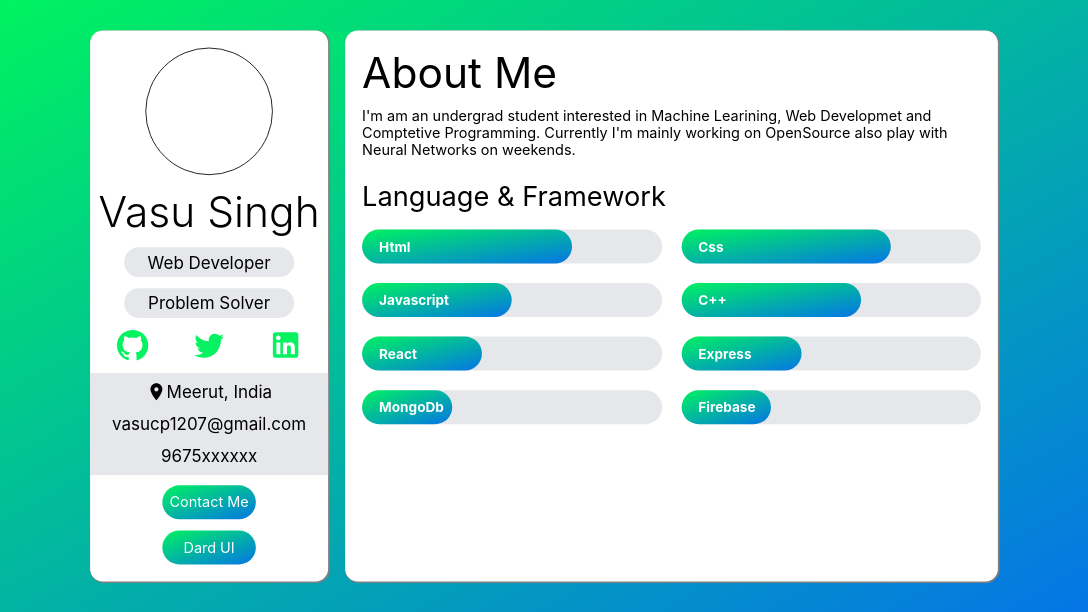
Repository: vasucp1207/grid-port
Page: /about
An editor plug-in stored every save of this project. The page is shown before and after a run of saves, followed by the edit.
The browser window is 1280 px wide. The pictures show the whole page, at 85% of full size.
Some web fonts or font styles are not loaded; a fallback is used. The project was rebuilt for these pictures with package versions that can differ from the ones it lists, and the page was loaded fresh each time. Also part of the build but not shown: src/pages/Home.js, src/components/Card.js, src/pages/Projects.js.

Above is the page before, as saved 2022-08-18 21:44:11.

### public/index.html
<!DOCTYPE html>
<html lang="en">
  <head>
    <meta charset="utf-8" />
    <link rel="icon" href="%PUBLIC_URL%/favicon.ico" />
    <meta name="viewport" content="width=device-width, initial-scale=1" />
    <meta name="theme-color" content="#000000" />
    <meta
      name="description"
      content="Web site created using create-react-app"
    />
    <link rel="apple-touch-icon" href="%PUBLIC_URL%/logo192.png" />
    <!--
      manifest.json provides metadata used when your web app is installed on a
      user's mobile device or desktop. See https://developers.google.com/web/fundamentals/web-app-manifest/
    -->
    <link rel="manifest" href="%PUBLIC_URL%/manifest.json" />
    <link rel="preconnect" href="https://fonts.googleapis.com">
<link rel="preconnect" href="https://fonts.gstatic.com" crossorigin>
<link href="https://fonts.googleapis.com/css2?family=Kantumruy+Pro:wght@200;300&family=Open+Sans:ital,wght@0,300;0,600;0,700;1,800&family=Poppins:wght@400;600&family=Raleway:wght@300&family=Roboto+Flex:opsz,wght@8..144,300;8..144,400;8..144,500&display=swap" rel="stylesheet">
    <!--
      Notice the use of %PUBLIC_URL% in the tags above.
      It will be replaced with the URL of the `public` folder during the build.
      Only files inside the `public` folder can be referenced from the HTML.

      Unlike "/favicon.ico" or "favicon.ico", "%PUBLIC_URL%/favicon.ico" will
      work correctly both with client-side routing and a non-root public URL.
      Learn how to configure a non-root public URL by running `npm run build`.
    -->
    <title>React App</title>
  </head>
  <body>
    <noscript>You need to enable JavaScript to run this app.</noscript>
    <div id="root"></div>
    <!--
      This HTML file is a template.
      If you open it directly in the browser, you will see an empty page.

      You can add webfonts, meta tags, or analytics to this file.
      The build step will place the bundled scripts into the <body> tag.

      To begin the development, run `npm start` or `yarn start`.
      To create a production bundle, use `npm run build` or `yarn build`.
    -->
  </body>
</html>

### src/index.css
body {
  margin: 0;
  font-family: -apple-system, BlinkMacSystemFont, 'Segoe UI', 'Roboto', 'Oxygen',
    'Ubuntu', 'Cantarell', 'Fira Sans', 'Droid Sans', 'Helvetica Neue',
    sans-serif;
  -webkit-font-smoothing: antialiased;
  -moz-osx-font-smoothing: grayscale;

  --gray: rgb(236, 102, 173);
  background-image: linear-gradient(to right bottom,#00f260,#0575e6);
}

::selection{
  background: rgb(71, 219, 219);
}

### src/App.js
import './App.css';
import { Link, Route, Routes } from 'react-router-dom';
import AboutMe from './pages/AboutMe';
import Home from './pages/Home';
import Projects from './pages/Projects';

function App() {
  return (
    <div>
      <Routes>
        <Route exact path="/" element={<Home />} />
        <Route exact path="/about" element={<AboutMe />} />
        <Route exact path="/projects" element={<Projects />} />
      </Routes>
    </div>
  );
}

export default App;

### src/App.css
:root {
  --d: 700ms;
  --e: cubic-bezier(0.19, 1, 0.22, 1);
  --font-sans: "Rubik", sans-serif;
  --font-serif: "Cardo", serif;
  font-family: Poppins;
}

* {
  box-sizing: border-box;
  padding: 0;
  margin: 0;
}

html, body {
  height: 100vh;
  width: 100vw;
}

body {
  display: grid;
  place-items: center;
}

.page-content {
  display: grid;
  width: 100vw;
  height: 100vh;
  margin: 0 auto;
}
@media (min-width: 600px) {
  .page-content {
    grid-template-columns: repeat(2, 1fr);
  }
}
@media (min-width: 800px) {
  .page-content {
    grid-template-columns: repeat(2, 1fr);
  }
}

.card {
  position: relative;
  display: flex;
  align-items: flex-end;
  overflow: hidden;
  padding: 1rem;
  width: 100%;
  text-align: center;
  color: whitesmoke;
  background-color: whitesmoke;
  box-shadow: 0 1px 1px rgba(0, 0, 0, 0.1), 0 2px 2px rgba(0, 0, 0, 0.1), 0 4px 4px rgba(0, 0, 0, 0.1), 0 8px 8px rgba(0, 0, 0, 0.1), 0 16px 16px rgba(0, 0, 0, 0.1);
}
@media (min-width: 600px) {
  .card {
    height: 100vh;
  }
}
.card:before {
  content: "";
  position: absolute;
  top: 0;
  left: 0;
  width: 100%;
  height: 110%;
  background-size: cover;
  background-position: 0 0;
  transition: transform calc(var(--d) * 1.5) var(--e);
  pointer-events: none;
}
.card:after {
  content: "";
  display: block;
  position: absolute;
  top: 0;
  left: 0;
  width: 100%;
  height: 200%;
  pointer-events: none;
  background-image: linear-gradient(to bottom, rgba(0, 0, 0, 0) 0%, rgba(0, 0, 0, 0.009) 11.7%, rgba(0, 0, 0, 0.034) 22.1%, rgba(0, 0, 0, 0.072) 31.2%, rgba(0, 0, 0, 0.123) 39.4%, rgba(0, 0, 0, 0.182) 46.6%, rgba(0, 0, 0, 0.249) 53.1%, rgba(0, 0, 0, 0.32) 58.9%, rgba(0, 0, 0, 0.394) 64.3%, rgba(0, 0, 0, 0.468) 69.3%, rgba(0, 0, 0, 0.54) 74.1%, rgba(0, 0, 0, 0.607) 78.8%, rgba(0, 0, 0, 0.668) 83.6%, rgba(0, 0, 0, 0.721) 88.7%, rgba(0, 0, 0, 0.762) 94.1%, rgba(0, 0, 0, 0.79) 100%);
  transform: translateY(-50%);
  transition: transform calc(var(--d) * 2) var(--e);
}
.card:nth-child(1):before {
  background-image: url(https://images.unsplash.com/photo-1493612276216-ee3925520721?ixlib=rb-1.2.1&ixid=MnwxMjA3fDB8MHxwaG90by1wYWdlfHx8fGVufDB8fHx8&auto=format&fit=crop&w=2864&q=80);
  /* background-color: #0575e6; */
}
.card:nth-child(2):before {
  background-image: url(https://images.unsplash.com/photo-1492551557933-34265f7af79e?ixlib=rb-1.2.1&ixid=MnwxMjA3fDB8MHxwaG90by1wYWdlfHx8fGVufDB8fHx8&auto=format&fit=crop&w=1740&q=80);
  /* background-color: #55eb91; */
}
.card:nth-child(3):before {
  background-image: url(https://images.unsplash.com/photo-1545243424-0ce743321e11?ixlib=rb-1.2.1&q=80&fm=jpg&crop=entropy&cs=tinysrgb&w=400&fit=max&ixid=eyJhcHBfaWQiOjE0NTg5fQ);
}
.card:nth-child(4):before {
  background-image: url(https://images.unsplash.com/photo-1531306728370-e2ebd9d7bb99?ixlib=rb-1.2.1&q=80&fm=jpg&crop=entropy&cs=tinysrgb&w=400&fit=max&ixid=eyJhcHBfaWQiOjE0NTg5fQ);
}

.content {
  position: relative;
  display: flex;
  flex-direction: column;
  align-items: center;
  width: 100%;
  padding: 1rem;
  transition: transform var(--d) var(--e);
  z-index: 1;
}
.content > * + * {
  margin-top: 1rem;
}

.title {
  font-size: 50px;
  font-weight: 400;
}

.copy {
  font-size: 30px;
}

.btn {
  cursor: pointer;
  margin-top: 1.5rem;
  padding: 0.75rem 1.5rem;
  font-size: 20px;
  letter-spacing: 0.025rem;
  text-transform: uppercase;
  color: white;
  background-color: black;
  border: none;
}
.btn:hover {
  background-color: white;
  color: black;
  transition: 0.3;
  border-radius: 7px;
}
.btn:focus {
  outline: 1px dashed yellow;
  outline-offset: 3px;
}

@media (hover: hover) and (min-width: 600px) {
  .card:after {
    transform: translateY(0);
  }

  .content {
    transform: translateY(calc(100% - 4.5rem));
  }
  .content > *:not(.title) {
    opacity: 0;
    transform: translateY(1rem);
    transition: transform var(--d) var(--e), opacity var(--d) var(--e);
  }

  .card:hover,
.card:focus-within {
    align-items: center;
  }
  .card:hover:before,
.card:focus-within:before {
    transform: translateY(-4%);
  }
  .card:hover:after,
.card:focus-within:after {
    transform: translateY(-50%);
  }
  .card:hover .content,
.card:focus-within .content {
    transform: translateY(0);
  }
  .card:hover .content > *:not(.title),
.card:focus-within .content > *:not(.title) {
    opacity: 1;
    transform: translateY(0);
    transition-delay: calc(var(--d) / 8);
  }

  .card:focus-within:before, .card:focus-within:after,
.card:focus-within .content,
.card:focus-within .content > *:not(.title) {
    transition-duration: 0s;
  }
}

### src/pages/AboutMe.js
import React from 'react'
import { motion } from 'framer-motion'
import styled from 'styled-components'
import Left from '../components/Left';
import Right from '../components/Right';

function AboutMe() {

    const pageVarients = {
        initial: {
            opacity: 0
        },
        in: {
            opacity: 1
        },
        out: {
            opacity: 0
        }
    }

    return (
        <motion.div
            initial='initial'
            animate='in'
            exit='out'
            variants={pageVarients}
            transition={{ delay: 0.5, type: 'spring' }}
        >

            <Container>
                <Comp>
                    <Left />
                    <Right />
                </Comp>

            </Container>
        </motion.div>
    )
}

export default AboutMe

const Container = styled.div`
    background: white;
`

const Comp = styled.div`
    display: flex;
    gap: 20px;
    background-image: linear-gradient(to right bottom,#00f260,#0575e6);

    @media (min-widht: 650px) {
        flex-direction: column;
    }
`

### src/components/Left.js
import React from 'react'
import { motion } from 'framer-motion'
import styled from 'styled-components'
import GitHubIcon from '@mui/icons-material/GitHub';
import TwitterIcon from '@mui/icons-material/Twitter';
import LinkedInIcon from '@mui/icons-material/LinkedIn';
import LocationOnIcon from '@mui/icons-material/LocationOn';

function Left() {
    return (
        <Contanier>
            <div class='avatar'></div>
            <h1 class='name'>Vasu Singh</h1>
            <div class='sim-btn'>Web Developer</div>
            <div class='sim-btn'>Problem Solver</div>
            <div class='icon-cont'>
                <GitHubIcon className='icons' />
                <TwitterIcon className='icons' />
                <LinkedInIcon className='icons' />
            </div>
            <div class='address'>
                <p class='city'><LocationOnIcon /> Meerut, India</p>
                <p>vasucp1207@gmail.com</p>
                <p>9675xxxxxx</p>
            </div>
            <div class='gb-btn'>Contact Me</div>
            <div class='gb-btn'>Dard UI</div>
        </Contanier>
    )
}

export default Left

const Contanier = styled.div`
    height: 90vh;
    width: 280px;
    box-shadow: 1px 1px 1px 1px gray;
    display: flex;
    justify-content: space-between;
    align-items: center;
    flex-direction: column;
    padding-bottom: 20px;
    background: white;
    border-radius: 15px;

    .avatar{
        margin-top: 20px;
        height: 150px;
        border: 1px solid black;
        width: 150px;
        border-radius: 50%;
    }

    .name{
        font-size: 50px;
        font-weight: 300;
    }

    .sim-btn{
        font-size: 20px;
        background: rgb(229,231,235);
        width: 200px;
        height: 35px;
        border-radius: 9999px;
        display: flex;
        justify-content: center;
        align-items: center;
    }

    .icon-cont{
        width: 280px;
        padding-left: 30px;
        padding-right: 30px;
        display: flex;
        justify-content: space-between;
        align-items: center;
    }

    .icons{
        height: 40px;
        width: 40px;
        color: #07f260;
        cursor: pointer;

        :hover{
            color: black;
        }
    }

    .address{
        background: rgb(229,231,235);;
        font-size: 20px;
        display: flex;
        flex-direction: column;
        align-items: center;
        justify-content: space-between;
        width: 280px;
        height: 120px;
        padding: 10px;
    }

    .gb-btn{
        width: 110px;
        border-radius: 9999px;
        background-image: linear-gradient(to right bottom,#00f260,#0575e6);
        color: white;
        font-size: 17px;
        height: 40px;
        display: flex;
        justify-content: center;
        align-items: center;
        cursor: pointer;
    }

    .city{
        display: flex;
        justify-content: center;
        align-items: center;
    }
`

### src/components/Right.js
import React from 'react'
import { motion } from 'framer-motion'
import styled from 'styled-components'
import GitHubIcon from '@mui/icons-material/GitHub';
import TwitterIcon from '@mui/icons-material/Twitter';
import LinkedInIcon from '@mui/icons-material/LinkedIn';
import LocationOnIcon from '@mui/icons-material/LocationOn';
import ProgressBar from '../components/ProgressBar';

function Right() {
    return (
        <Container>
            <h1 class='title'>About Me</h1>
            <p class='des'>I'm am an undergrad student interested in Machine Learining, Web Developmet and Comptetive Programming. Currently I'm mainly working on OpenSource also play with Neural Networks on weekends.</p>
            <h1 class='skills'>Language & Framework</h1>

            <div class='all-bar'>
                <ProgressBar lang='Html' per='70%' />
                <ProgressBar lang='Css' per='70%' />
                <ProgressBar lang='Javascript' per='50%' />
                <ProgressBar lang='C++' per='60%' />
                <ProgressBar lang='React' per='40%' />
                <ProgressBar lang='Express' per='40%' />
                <ProgressBar lang='MongoDb' per='30%' />
                <ProgressBar lang='Firebase' per='30%' />
            </div>

        </Container>
    )
}

export default Right

const Container = styled.div`
    height: 90vh;
    width: 60vw;
    box-shadow: 1px 1px 1px 1px gray;
    background: white;
    border-radius: 15px;
    padding: 20px;

    .title{
        font-weight: 400;
        margin-bottom: 10px;
    }

    .des{
        font-size: 17px;
        margin-bottom: 25px;
    }

    .skills{
        font-weight: 400;
        margin-bottom: 20px;
    }

    .all-bar{
        display: grid;
        grid-template-columns: repeat(2, 1fr);
        margin-top: 10px;
        justify-content: space-between;
        gap: 23px;
    }
`

### src/components/ProgressBar.js
import React from 'react'
import styled from 'styled-components'
import { motion } from 'framer-motion'

function ProgressBar({ lang, per }) {
    return (
        <Contanier>
            <div class='bar'>
                <motion.div className='fill'
                    animate={{ width: per }}
                    transition={{ duration: 2 }}
                >
                    <p class='lang'>{lang}</p>
                </motion.div>
            </div>
        </Contanier>
    )
}

export default ProgressBar

const Contanier = styled.div`
    .bar{
        width: 100%;
        height: 40px;
        border-radius: 9999px;
        background: rgb(229,231,235);
    }

    .fill{
        display: flex;
        align-items: center;
        padding: 20px;
        width: 0;
        border-radius: 9999px;
        height: 30px;
        background-image: linear-gradient(to right bottom,#00f260,#0575e6);
    }

    .lang{
        color: white;
        font-weight: bold;
    }
`

Loaded but not shown: src/index.js (common file)

After the next 2 saves:
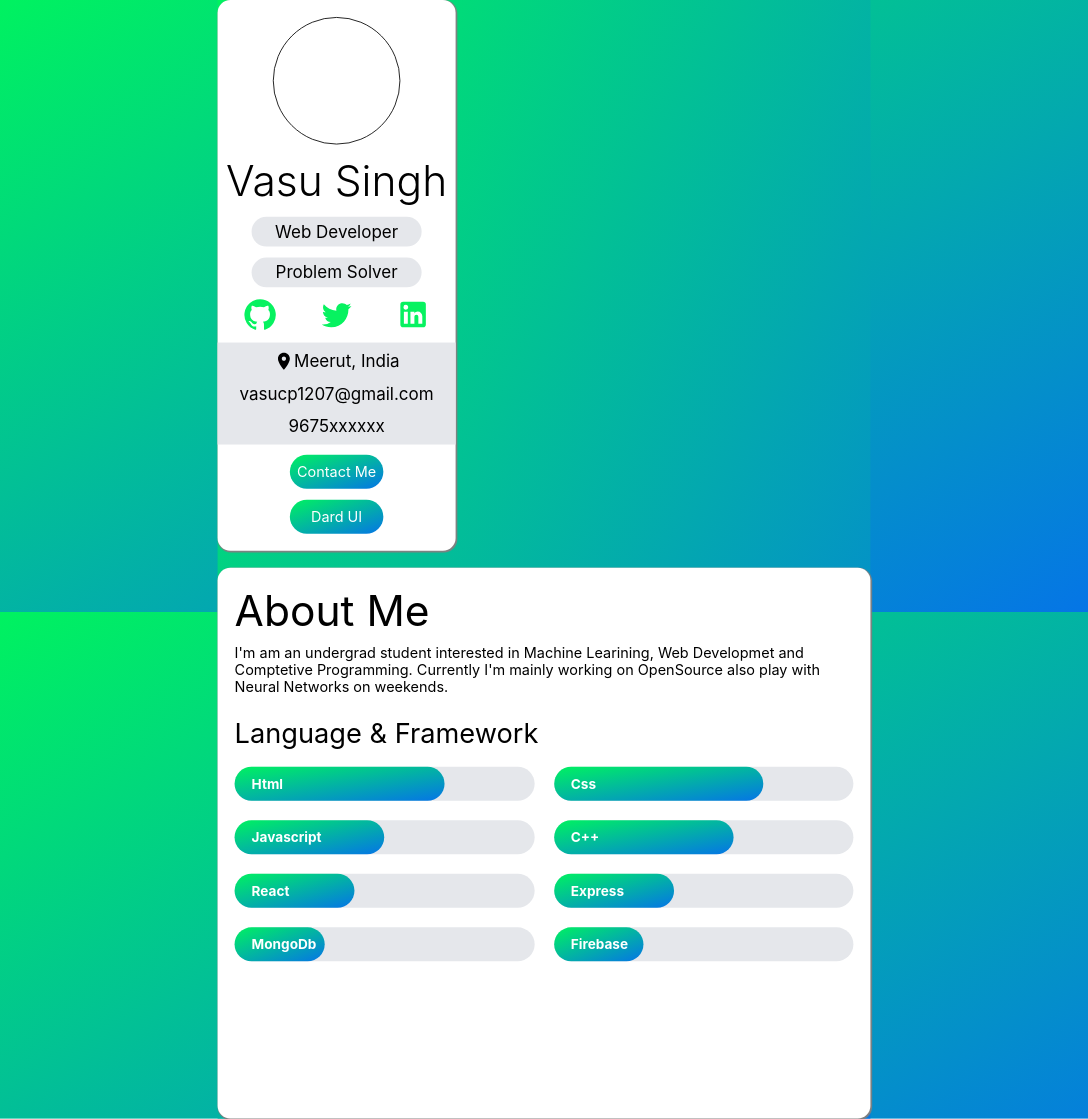
The 2 saves are shown as one change because they came seconds apart.
The last was saved 7 s later.
--- a/src/pages/AboutMe.js
+++ b/src/pages/AboutMe.js
@@ -49,7 +49,7 @@
     gap: 20px;
     background-image: linear-gradient(to right bottom,#00f260,#0575e6);
 
-    @media (min-widht: 650px) {
+    @media (min-width: 650px) {
         flex-direction: column;
     }
 `

After the save that followed:
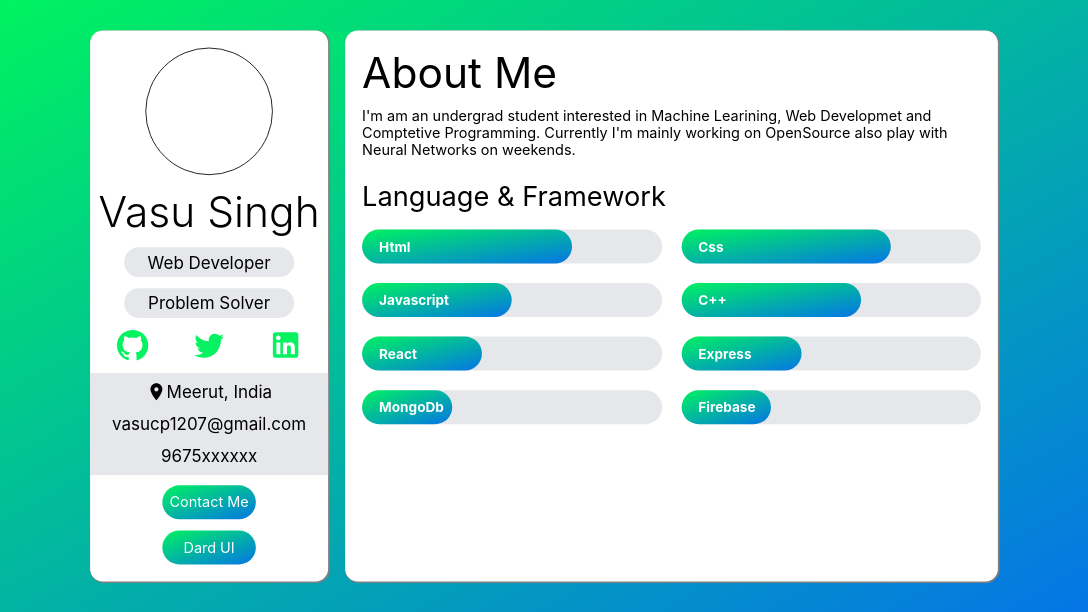
Saved 5 s later.
--- a/src/pages/AboutMe.js
+++ b/src/pages/AboutMe.js
@@ -49,7 +49,7 @@
     gap: 20px;
     background-image: linear-gradient(to right bottom,#00f260,#0575e6);
 
-    @media (min-width: 650px) {
+    @media (max-width: 650px) {
         flex-direction: column;
     }
 `
